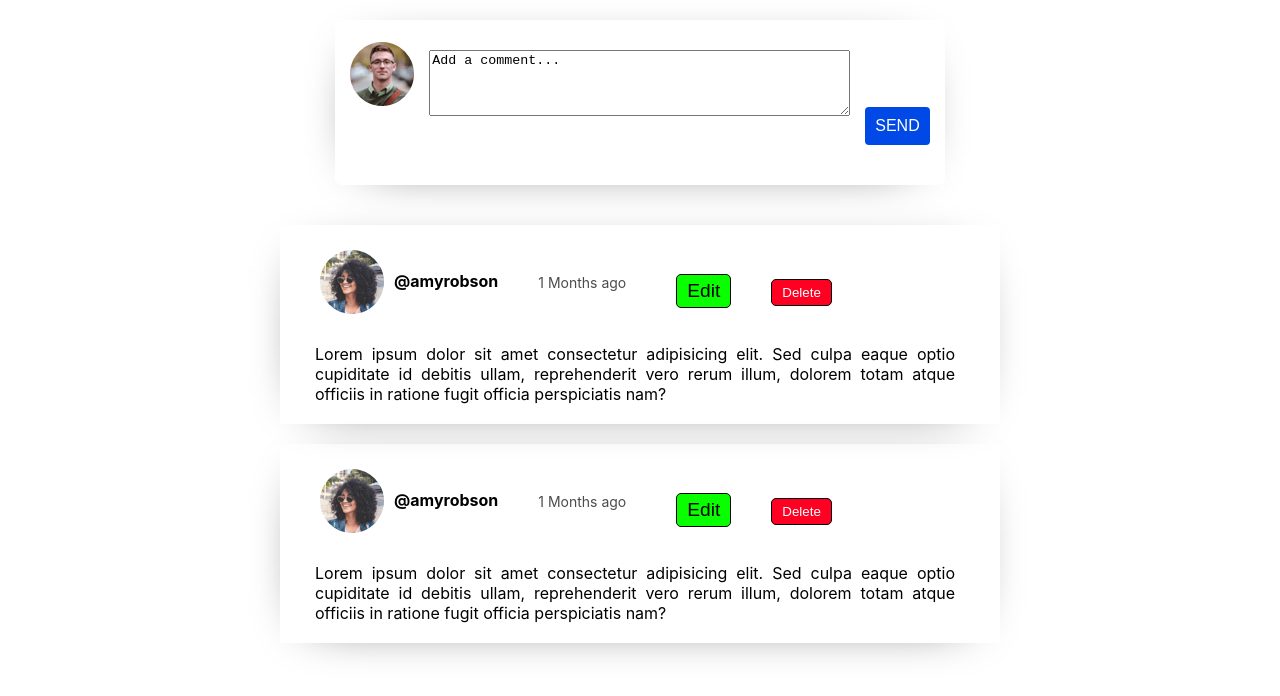
Repository: badhon252/interactive-comments-section
Page: /
The author's editor kept a copy of each file at every save. The page is drawn from the files as they stood at one save, then again after the next save.
The browser window is 1280 px wide. The pictures show the whole page.
The project was rebuilt for these pictures with package versions that can differ from the ones it lists, and the page was loaded fresh each time.

Above is the page before, as saved 2022-01-27 23:08:51.

### public/index.html
<!DOCTYPE html>
<html lang="en">

<head>
  <meta charset="utf-8" />
  <link rel="icon" href="%PUBLIC_URL%/favicon.ico" />
  <meta name="viewport" content="width=device-width, initial-scale=1" />
  <meta name="theme-color" content="#000000" />
  <meta name="description" content="Web site created using create-react-app" />
  <link rel="apple-touch-icon" href="%PUBLIC_URL%/logo192.png" />

  <link rel="manifest" href="%PUBLIC_URL%/manifest.json" />

  <title>interactive-comments-section</title>
</head>

<body>
  <noscript>You need to enable JavaScript to run this app.</noscript>
  <div id="root"></div>

</body>

</html>

### src/App.js
import WriteComments from "./components/WriteComments";
// import WriteComments from "./components/WriteComments";

function App() {
  return (
    <div className="App">
      <WriteComments />
    </div>
  );
}

export default App;

### src/components/WriteComments.js
import React from "react";
import "../App.css";
import Avatar from "../images/avatars/image-juliusomo.png";
import Comments from "./Comments";
export default function WriteComments() {
  return (
    <div className="main-div">
      <div className="comment-input ">
        <form action="" className="comment-section shadow">
          <img src={Avatar} alt="images" className="my-img" />
          <textarea name="" id="" rows="4" cols="50">
            Add a comment...
          </textarea>
          <button className="submit-btn">SEND</button>
        </form>{" "}
      </div>
      <Comments />
      <Comments />
    </div>
  );
}

### src/App.css
.main-div {
  /* width: 40rem; */
  /* margin: auto; */
}
.comment-input {
  display: flex;
  justify-content: center;
}
.comment-section {
  padding: 15px;
  margin: 20px;
  border-radius: 7px;
}

.submit-btn {
  background-color: rgb(0, 73, 231);
  color: white;
  border: none;
  border-radius: 4px;
  font-size: 1rem;
  padding: 10px;
  margin-bottom: 25px;
  /* align-items: flex-start; */
}

.my-img {
  max-width: 80%;
  margin-bottom: 25px;
}
textarea {
  margin: 15px;
}

.shadow {
  box-shadow: -3px 7px 54px -36px rgba(0, 0, 0, 1);
  -webkit-box-shadow: -3px 7px 54px -36px rgba(0, 0, 0, 1);
  -moz-box-shadow: -3px 7px 54px -36px rgba(0, 0, 0, 1);
}

/* single comment section ==== */
.comments {
  margin: 20px auto;
  width: 45rem;
  text-align: justify;
}
.profile-info {
  display: flex;
  /* justify-content: left; */
  padding: 25px 0 10px 40px;
}
.random-img {
  max-width: 80%;
}
.name {
  padding: 0 10px;
}
.single-comment {
  width: 40rem;
  padding: 0 15px 20px 15px;
  margin: 20px;
}

.time {
  font-size: 14px;
  opacity: 70%;
  padding-top: 24px;
  padding-left: 30px;
}
.btn {
  /* text-align: center; */
  text-align: right;
  padding-top: 24px;
  padding-left: 30px;
}
.edit {
  font-size: 1.2rem;
  background-color: rgb(9, 255, 0);
  border: 1px solid black;
  padding: 5px 10px;
  border-radius: 5px;
  margin: 0 20px;
}

.delete {
  background-color: rgb(255, 0, 34);
  border: 1px solid black;
  color: #fff;
  padding: 5px 10px;
  border-radius: 5px;
  margin: 0 20px;
}

### src/components/Comments.js
import React from "react";
import avartar from "../images/avatars/image-amyrobson.png";
// import { FaTrash } from "react-icons/fa";

const Comments = () => {
  return (
    <div className="comments shadow">
      <div className="profile-info">
        <img src={avartar} alt="" className="random-img" />
        <h4 className="name">@amyrobson</h4>
        <span className="time"> 1 Months ago</span>
        <div className="btn">
          <button className="edit">Edit</button>
          <button className="delete">Delete</button>
        </div>
      </div>

      <p className="single-comment">
        Lorem ipsum dolor sit amet consectetur adipisicing elit. Sed culpa eaque
        optio cupiditate id debitis ullam, reprehenderit vero rerum illum,
        dolorem totam atque officiis in ratione fugit officia perspiciatis nam?
      </p>
    </div>
  );
};

export default Comments;

Loaded but not shown: src/index.js (common file); src/index.css (common file); src/reportWebVitals.js (common file)

After the next save:
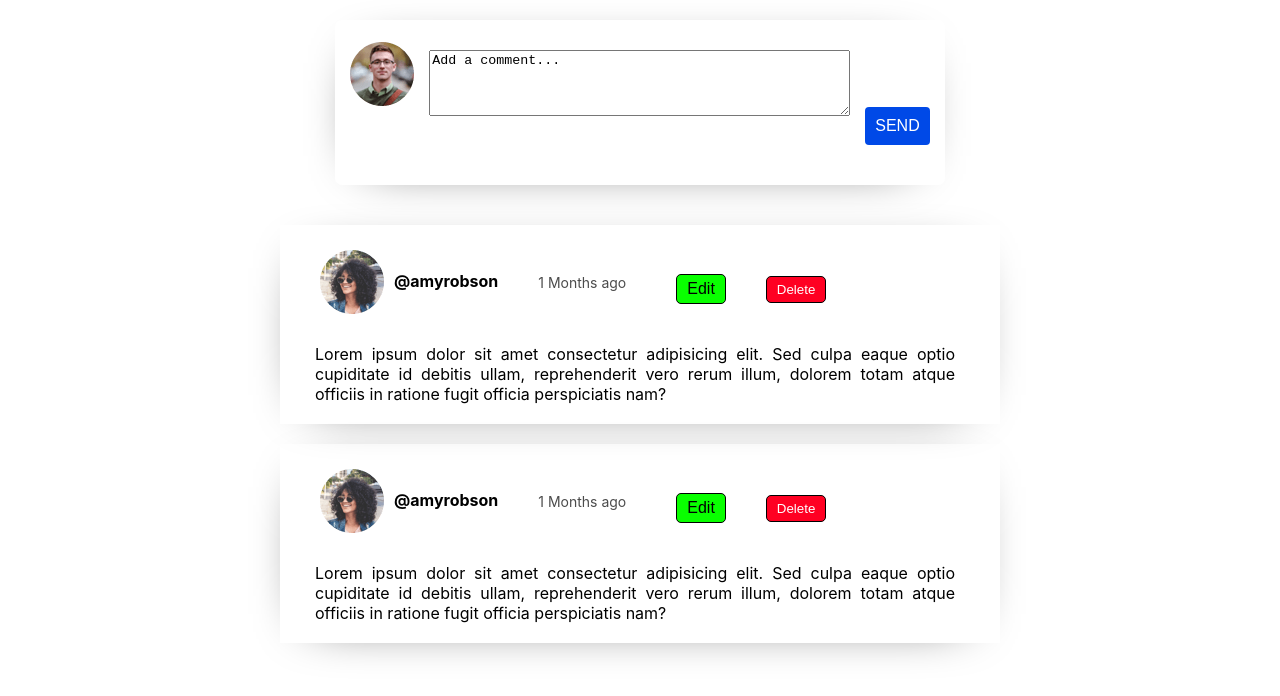
Saved 4 s later.
--- a/src/App.css
+++ b/src/App.css
@@ -73,7 +73,7 @@ textarea {
   padding-left: 30px;
 }
 .edit {
-  font-size: 1.2rem;
+  font-size: 1rem;
   background-color: rgb(9, 255, 0);
   border: 1px solid black;
   padding: 5px 10px;
